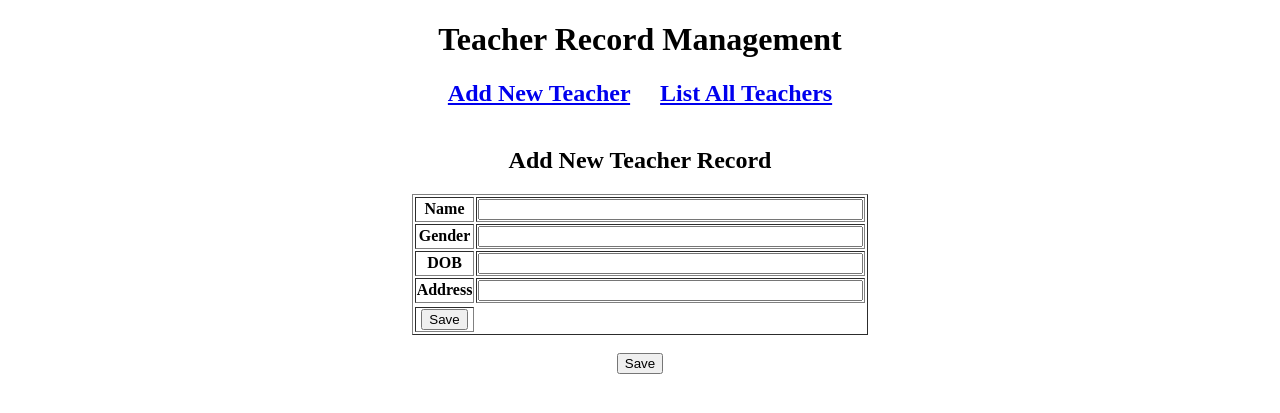
Repository: ashkumar661/Phase-2-Project
Page: http://localhost/crud-example/teacher-form.jsp
The author's editor kept a copy of each file at every save. The page is drawn from the files as they stood at one save, then again after the next save.
The browser window is 1280 px wide. The pictures show the whole page.
The page is served by Tomcat 9.

Above is the page before, as saved 2022-05-15 22:22:46.

After the next save:
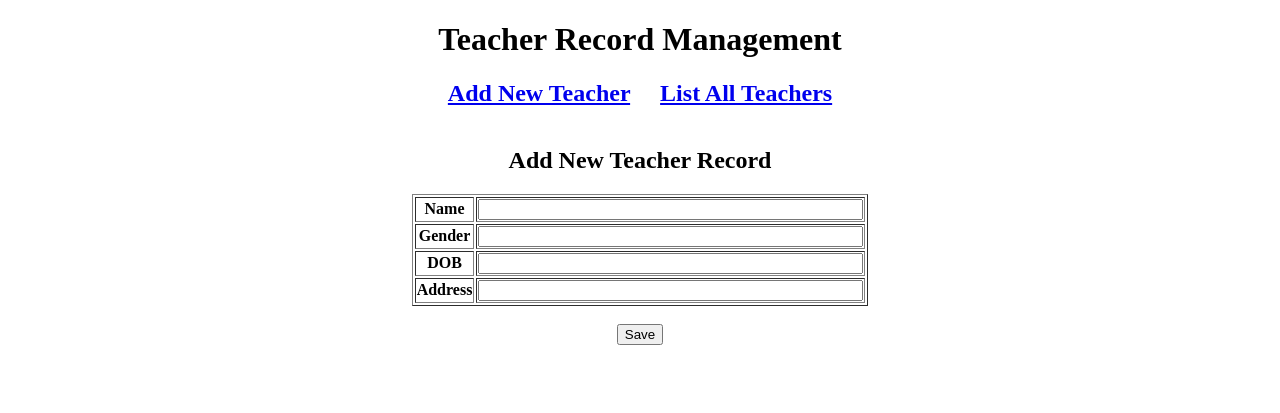
Saved 6 s later.
--- a/crud-example/src/main/webapp/teacher-form.jsp
+++ b/crud-example/src/main/webapp/teacher-form.jsp
@@ -57,10 +57,6 @@
 				<td><input type="text" name="address" size="45"
 					value="<c:out value='${userTeacher.address}' />" /></td>
 			</tr>
-			<tr>
-			<tr>
-				<td align="center"><input type="submit" value="Save" /></td>
-			</tr>
 		</table>
 		<br> <input type="submit" value="Save" />
 		</form>
